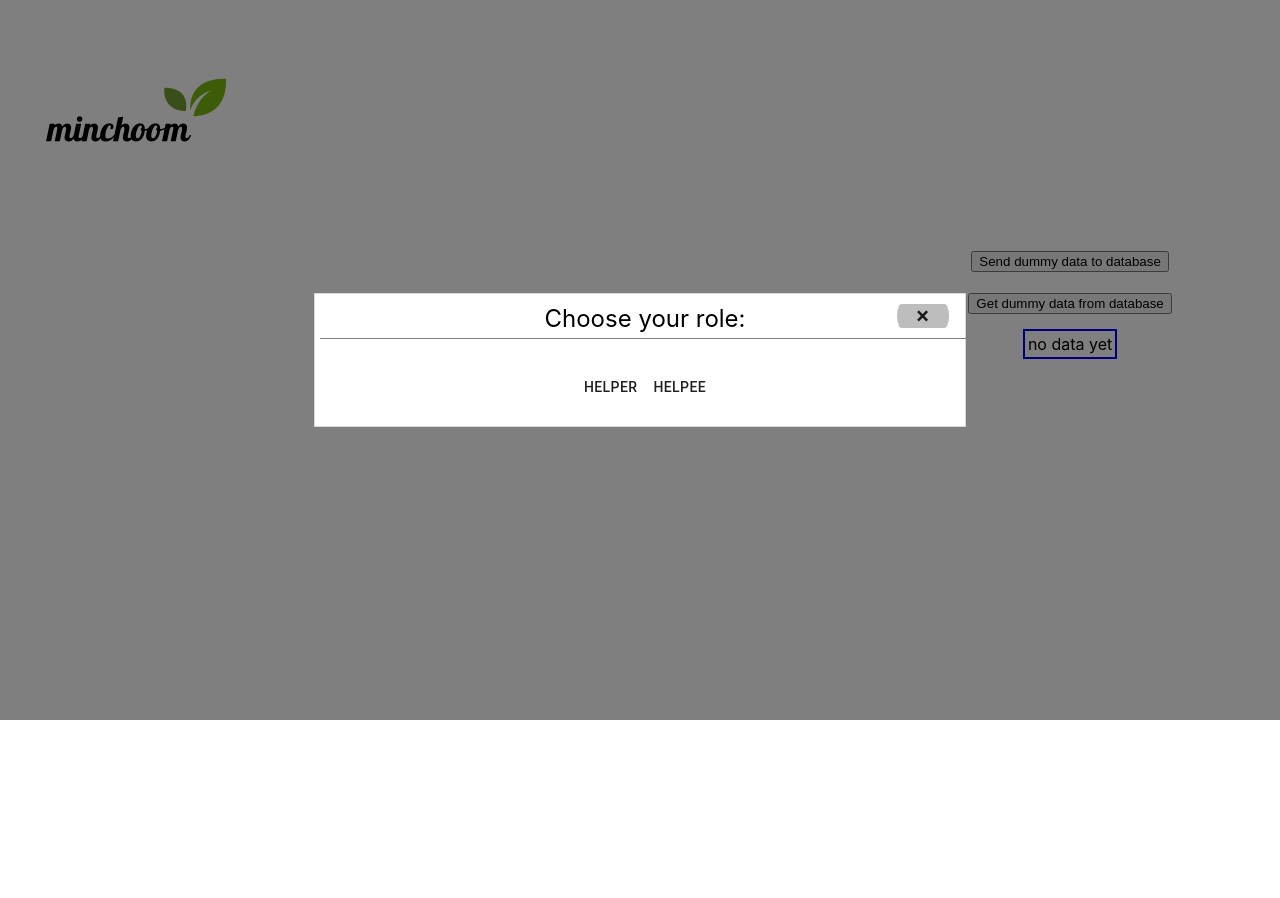
Repository: jeongeonp/MinChoAvengers
Page: / (app in minchoom/)
These files come from the project's save history. The page is drawn as it stood at one moment and after the next save; the edit follows.
The browser window is 1280 px wide. The pictures show the whole page.
The project was rebuilt for these pictures with package versions that can differ from the ones it lists, and the page was loaded fresh each time.

Above is the page before, as saved 2020-11-19 16:52:09.

After the next save:
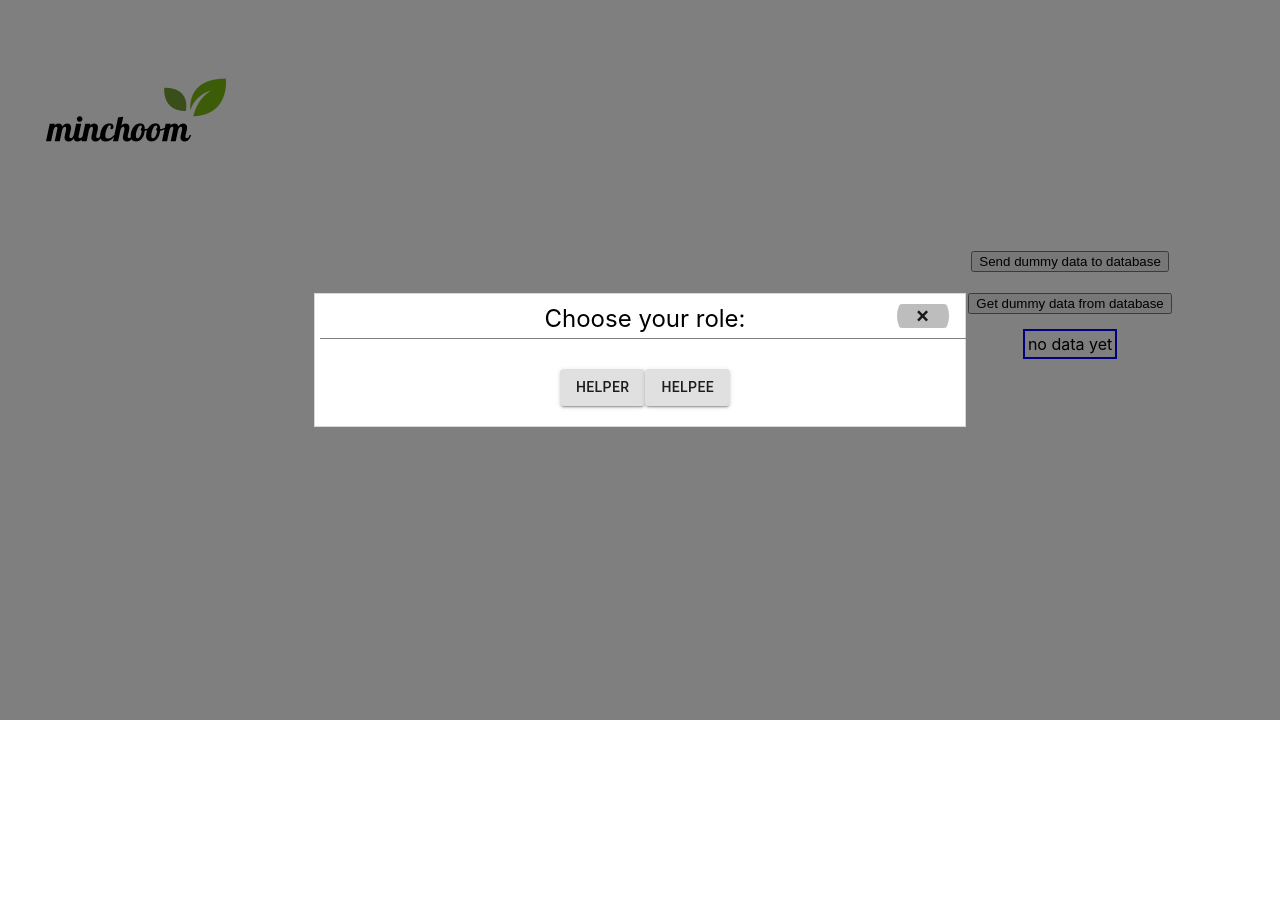
Saved 8 min 17 s later.
--- a/minchoom/src/components/Modal.js
+++ b/minchoom/src/components/Modal.js
@@ -38,12 +38,12 @@
                   {" "}
                   </div>
                   <div className="actions">
-                  <Button className="button" onClick={() => { console.log("modal closed "); closeModal();
+                  <Button className="button" variant="contained" onClick={() => { console.log("modal closed "); closeModal();
                       //send to server
                     }}>
                       Helper
                   </Button>
-                  <Button className="button" onClick={() => { console.log("modal closed "); closeModal();
+                  <Button className="button" variant="contained" onClick={() => { console.log("modal closed "); closeModal();
                       //send to server
                     }}>
                       Helpee
